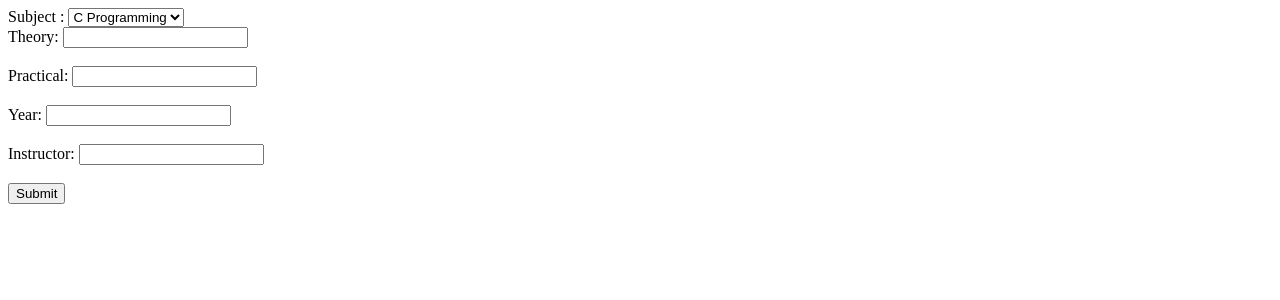
Repository: 1919satya/Mode2
Page: http://localhost/CollegeCms/AddCourse.jsp
These files come from the project's save history. The page is drawn as it stood at one moment and after the next save; the edit follows.
The browser window is 1280 px wide. The pictures show the whole page.
The page is served by Tomcat 9. Other server files are loaded and not shown.

Above is the page before, as saved 2019-09-04 04:54:57.

### CMS/CollegeCms/src/main/webapp/AddCourse.jsp
<%@ page language="java" contentType="text/html; charset=ISO-8859-1"
    pageEncoding="ISO-8859-1"%>
<!DOCTYPE html PUBLIC "-//W3C//DTD HTML 4.01 Transitional//EN" "http://www.w3.org/TR/html4/loose.dtd">
<html>
<head>
<meta http-equiv="Content-Type" content="text/html; charset=ISO-8859-1">
<title>Insert title here</title>
</head>
<body>
    <form method="get" action="AddCourse.jsp">
 Subject :
    <select>
<option value="C" >C Programming</option>
<option value="C++" >C++</option>
<option value="java" >Java</option>
<option value="html" >HTML</option>
<option value="springs" >Springs</option>


</select><br/>
Theory:
<input type="text"  name="theory"/><br/><br/>
Practical:
<input type="text"  name="practical"/><br/><br/>
Year:
<input type="text"  name="year"/><br/><br/>
Instructor:
<input type="text"  name="instructor"/><br/><br/>
<input type="submit"  name="add"/>

</form>


    </form>
</body>
</html>

After the next save:
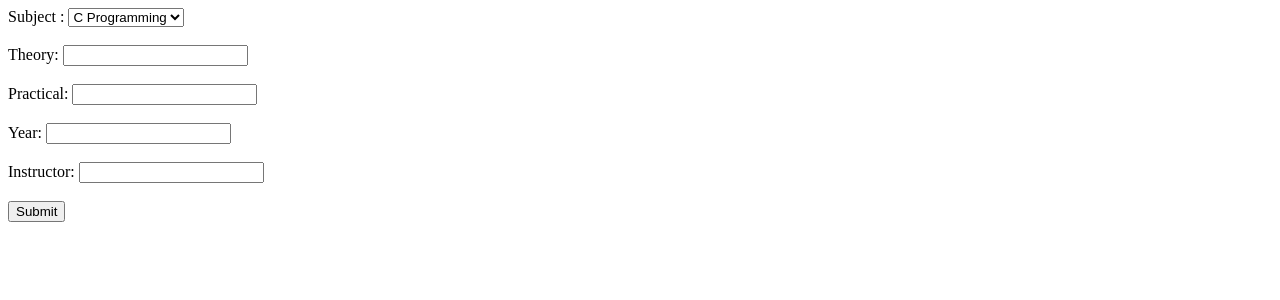
Saved 12 s later.
--- a/CMS/CollegeCms/src/main/webapp/AddCourse.jsp
+++ b/CMS/CollegeCms/src/main/webapp/AddCourse.jsp
@@ -17,7 +17,7 @@
 <option value="springs" >Springs</option>
 
 
-</select><br/>
+</select><br/><br/>
 Theory:
 <input type="text"  name="theory"/><br/><br/>
 Practical:
